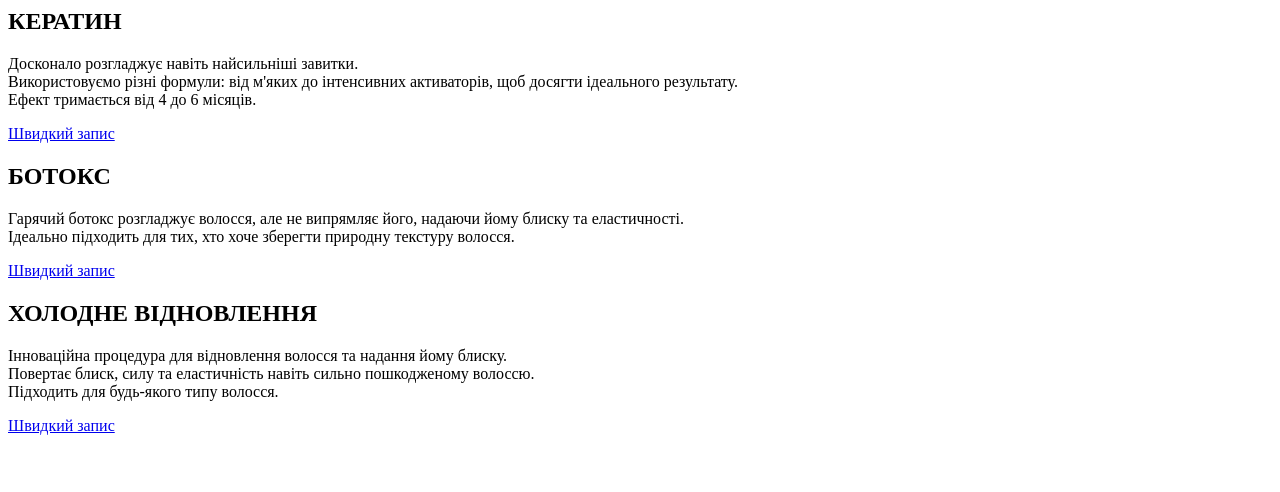
Repository: DianaKey/Keratin
Page: index.scroll.partial.html
An editor plug-in stored every save of this project. The page is shown before and after the next save, followed by the edit.
The browser window is 1280 px wide. The pictures show the whole page.

Above is the page before, as saved 2025-09-04 12:55:17.

After the next save:
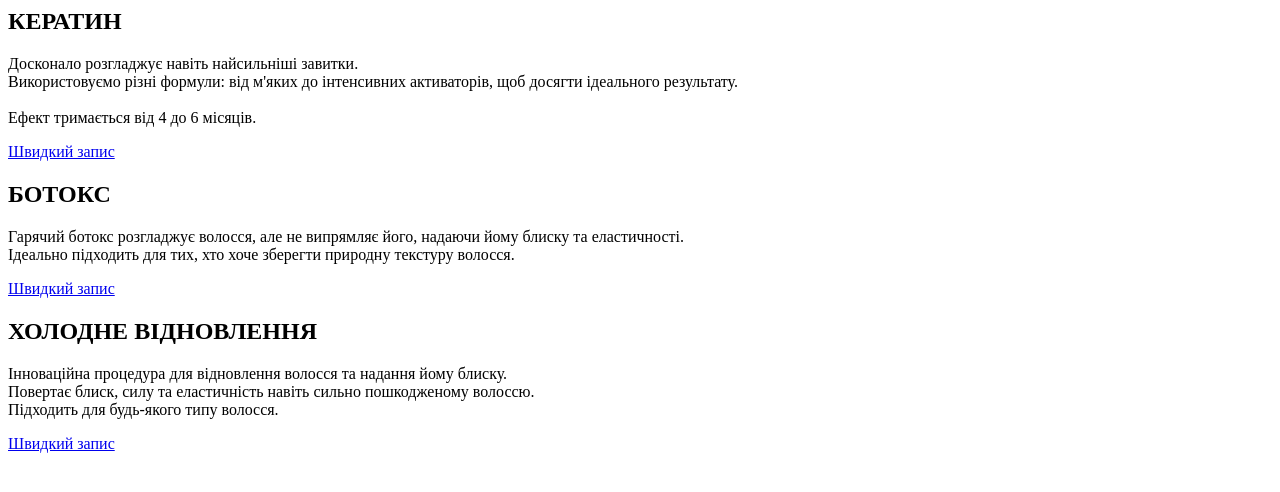
Saved 17 s later.
--- a/index.scroll.partial.html
+++ b/index.scroll.partial.html
@@ -5,7 +5,7 @@
     <p class="hero-section__text">
       Досконало розгладжує навіть найсильніші завитки.<br />
       Використовуємо різні формули: від м'яких до інтенсивних активаторів, щоб досягти ідеального результату.<br />
-      Ефект тримається від 4 до 6 місяців.<br />
+      <br />Ефект тримається від 4 до 6 місяців.<br />
     </p>
     <a class="hero-section__btn" href="#">Швидкий запис</a>
   </div>
